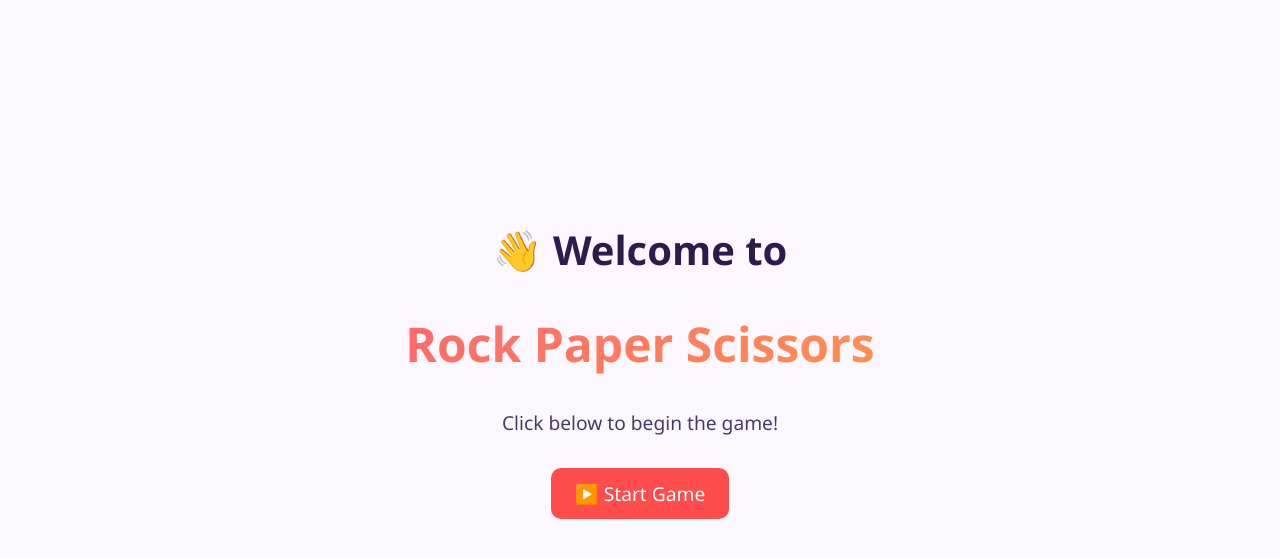
Repository: SECE-2023-2027/weekend-make-a-rock-paper-scissors-game-Harshi0916
Page: / (app in rock_paper_scissor/)
These files come from the project's save history. The page is drawn as it stood at one moment and after the next save; the edit follows.
The browser window is 1280 px wide. The pictures show the whole page.
The project was rebuilt for these pictures with package versions that can differ from the ones it lists, and the page was loaded fresh each time. Also part of the build but not shown: rock_paper_scissor/vite.config.js.

Above is the page before, as saved 2025-07-06 16:51:55.

After the next save:
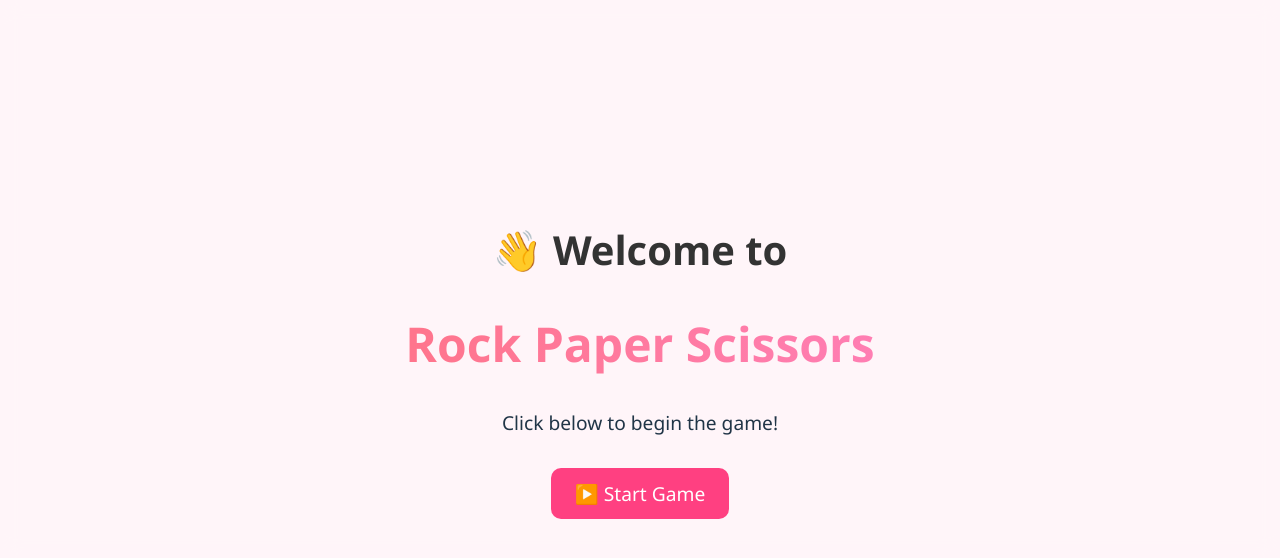
Saved 3 s later.
--- a/rock_paper_scissor/src/App.css
+++ b/rock_paper_scissor/src/App.css
@@ -1,16 +1,3 @@
-/* Define a consistent color palette using CSS variables */
-:root {
-  --primary-bg: #f8e7ff; /* Soft lavender background */
-  --accent-gradient: linear-gradient(90deg, #ff6b6b, #ff8e53); /* Vibrant coral to orange gradient */
-  --button-bg: #ff4d4d; /* Bright coral for buttons */
-  --button-hover: #e63939; /* Darker coral for hover */
-  --text-primary: #2d1b4e; /* Deep indigo for main text */
-  --text-secondary: #4a3a6b; /* Muted purple for secondary text */
-  --card-bg: rgba(255, 255, 255, 0.7); /* Semi-transparent white for cards */
-  --shadow-color: rgba(80, 50, 120, 0.3); /* Subtle purple shadow */
-  --highlight: #ffd700; /* Gold for emphasis (e.g., win state) */
-}
-
 /* Base Setup */
 html, body, #root {
   margin: 0;
@@ -19,7 +6,7 @@ html, body, #root {
   width: 100%;
   font-family: 'Segoe UI', sans-serif;
   overflow: hidden;
-  background-color: var(--primary-bg); /* Updated to soft lavender */
+  background-color: #ffe7f0;
   position: relative;
 }
 
@@ -48,7 +35,7 @@ html, body, #root {
   z-index: 5;
   height: 100vh;
   width: 100vw;
-  background: var(--card-bg); /* Semi-transparent white with blur */
+  background: rgba(255, 255, 255, 0.6);
   backdrop-filter: blur(10px);
   display: flex;
   flex-direction: column;
@@ -60,12 +47,12 @@ html, body, #root {
 
 .start-screen h1 {
   font-size: 2.5rem;
-  color: var(--text-primary); /* Deep indigo for better contrast */
+  color: #333;
 }
 
 .start-screen h2 {
   font-size: 3rem;
-  background: var(--accent-gradient); /* Updated gradient for vibrancy */
+  background: linear-gradient(90deg, #ff758c, #ff7eb3);
   -webkit-background-clip: text;
   -webkit-text-fill-color: transparent;
   margin: 10px 0;
@@ -73,24 +60,22 @@ html, body, #root {
 
 .start-screen p {
   font-size: 1.2rem;
-  color: var(--text-secondary); /* Muted purple for secondary text */
   margin-bottom: 30px;
 }
 
 .start-btn {
   font-size: 1.2rem;
   padding: 12px 24px;
-  background-color: var(--button-bg); /* Bright coral button */
+  background-color: #ff4081;
   color: white;
   border: none;
   border-radius: 10px;
   cursor: pointer;
-  transition: background 0.3s, transform 0.2s;
+  transition: background 0.3s;
 }
 
 .start-btn:hover {
-  background-color: var(--button-hover); /* Darker coral on hover */
-  transform: scale(1.05); /* Subtle scale for interactivity */
+  background-color: #d91e65;
 }
 
 /* Main Container */
@@ -111,7 +96,7 @@ html, body, #root {
 .title {
   font-size: 3rem;
   margin-bottom: 10px;
-  background: var(--accent-gradient); /* Consistent gradient with start screen */
+  background: linear-gradient(45deg, #ff758c, #ff7eb3);
   -webkit-background-clip: text;
   -webkit-text-fill-color: transparent;
 }
@@ -119,7 +104,7 @@ html, body, #root {
 .subtitle {
   font-size: 1.5rem;
   margin-bottom: 20px;
-  color: var(--text-secondary); /* Muted purple for subtitle */
+  color: #333;
 }
 
 .scoreboard {
@@ -128,7 +113,7 @@ html, body, #root {
   margin: 10px 0 30px;
   font-size: 1.2rem;
   font-weight: bold;
-  color: var(--text-primary); /* Deep indigo for scoreboard */
+  color: #444;
 }
 
 /* Choices */
@@ -142,25 +127,25 @@ html, body, #root {
 
 .choice-btn {
   font-size: 3.5rem;
-  background: var(--card-bg); /* Semi-transparent white for buttons */
-  border: 2px solid #ff8e53; /* Orange border for consistency */
+  background: #fff;
+  border: 2px solid #ff7eb3;
   border-radius: 20px;
   padding: 20px 30px;
   cursor: pointer;
   transition: all 0.2s ease;
-  box-shadow: 0 6px 20px var(--shadow-color); /* Updated shadow color */
+  box-shadow: 0 6px 20px rgba(255, 126, 179, 0.3);
 }
 
 .choice-btn:hover {
-  background-color: #fff3e6; /* Light peach on hover */
+  background-color: #fff0f5;
   transform: scale(1.1) rotate(-5deg);
 }
 
 /* Result Section */
 .result-section {
-  background: var(--card-bg); /* Consistent semi-transparent background */
+  background: rgba(255, 255, 255, 0.35);
   border-radius: 20px;
-  box-shadow: 0 8px 32px var(--shadow-color); /* Updated shadow */
+  box-shadow: 0 8px 32px 0 rgba(31, 38, 135, 0.2);
   backdrop-filter: blur(10px);
   padding: 40px;
   animation: fadeIn 0.5s ease-in;
@@ -170,20 +155,7 @@ html, body, #root {
 .result-text {
   font-size: 2.5rem;
   margin-bottom: 30px;
-  color: var(--button-bg); /* Coral for result text */
-}
-
-/* Highlight win/lose/draw states */
-.result-text.win {
-  color: var(--highlight); /* Gold for win */
-}
-
-.result-text.lose {
-  color: #ff4040; /* Red for lose */
-}
-
-.result-text.draw {
-  color: #6b7280; /* Gray for draw */
+  color: #ff4081;
 }
 
 .hands-display {
@@ -212,18 +184,17 @@ html, body, #root {
 
 .play-again {
   font-size: 1.2rem;
-  background-color: var(--button-bg); /* Coral for play-again button */
+  background-color: #ff4081;
   color: white;
   border: none;
   border-radius: 8px;
-  padding: 12px 25missing
+  padding: 12px 25px;
   cursor: pointer;
-  transition: background 0.3s ease, transform 0.2s;
+  transition: background 0.3s ease;
 }
 
 .play-again:hover {
-  background-color: var(--button-hover); /* Darker coral on hover */
-  transform: scale(1.05);
+  background-color: #d91e65;
 }
 
 /* Animations */
